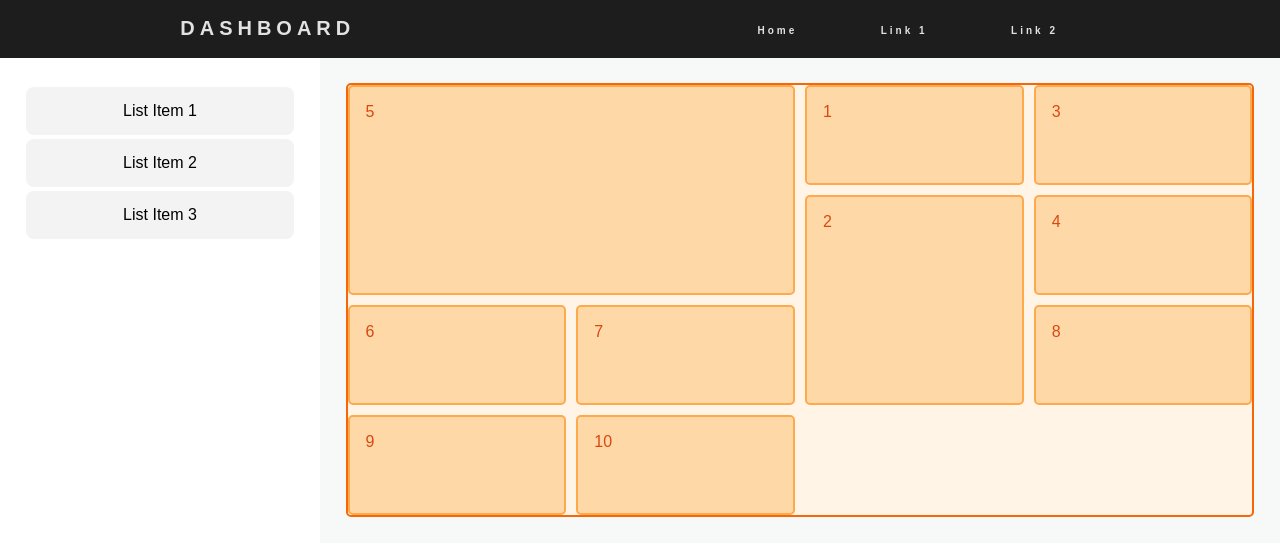
Repository: nourabdelhakam/drag-drop
Page: index.html
These files come from the project's save history. The page is drawn as it stood at one moment and after the next save; the edit follows.
The browser window is 1280 px wide. The pictures show the whole page.

Above is the page before, as saved 2020-07-03 11:13:58.

### index.html
<!DOCTYPE html>
<html lang="en">
<head>
    <meta charset="UTF-8">
    <meta name="viewport" content="width=device-width, initial-scale=1.0">
    <meta http-equiv="X-UA-Compatible" content="ie=edge">
    <title>Drag & Drop</title>
    <link rel="stylesheet" href="nav/nav.css">
    <link rel="stylesheet" href="css/main.css">
</head>
<body>

    <!-- <nav> -->
        <nav>
            <div class="logo">
                <h4>Dashboard</h4>
            </div>
            <ul class="nav-links">
                <li><a href="">Home</a></li>
                <li><a href="">Link 1</a></li>
                <li><a href="">Link 2</a></li>
            </ul>
            <div class="burger">
                <div class="line1"></div>
                <div class="line2"></div>
                <div class="line3"></div>
            </div>
        </nav>
      <!-- </nav> end of nav -->

      <section>
                <div class="left">
                    <div class="list">
                        <div class="list-item" draggable="true">List Item 1</div>
                        <div class="list-item" draggable="true">List Item 2</div>
                        <div class="list-item" draggable="true">List Item 3</div>
                    </div>
                  </div>
                  <div class="right">
                      <div class="wrapper">
                        <div class="list">1</div>
                        <div class="list">2</div>
                        <div class="list">3</div>
                        <div class="list">4</div>
                        <div class="list">5</div>
                        <div class="list">6</div>
                        <div class="list">7</div>
                        <div class="list">8</div>
                        <div class="list">9</div>
                        <div class="list">10</div>
                      </div>
                  </div>
      </section>

    <script src="main.js" type="text/javascript"></script>
    <script src="nav/nav.js" type="text/javascript"></script>
</body>
</html>

### nav/nav.css
nav {
    display: flex;
    justify-content: space-around;
    align-items: center;
    min-height: 8vh;
    background-color: #1D1D1D;
    font-family: "Poppins", sans-serif;
}
.logo {
    color: rgb(226, 226, 226);
    text-transform: uppercase;
    letter-spacing: 5px;
    font-size: 20px;
}
.nav-links {
    display: flex;
    justify-content: space-around;
    width: 30%;
}
.nav-links li {
    list-style: none;
}
.nav-links a {
    color: rgb(226, 226, 226);
    text-decoration: none;
    letter-spacing: 3px;
    font-weight: bold;
    font-size: 10px;
}
.burger {
    display: none;
    cursor: pointer;
}
.burger div {
    width: 25px;
    height: 3px;
    background-color: rgb(226, 226, 226);
    margin: 5px;
    transition: all 0.3s ease;
}


@media screen and (max-width:1024px) {
    .nav-links {
        width: 60%;
    }
}

@media screen and (max-width:768px) {

    body {
        overflow-x: hidden;
    }
    .nav-links {
        position: absolute;
        right: 0px;
        height: 92vh;
        top: 8vh;
        background-color: #1D1D1D;
        display: flex;
        flex-direction: column;
        align-items: center;
        width: 50%;
        transform: translatex(100%);
        transition: transform 0.5s ease-in;
    }
    .nav-links li {
        opacity: 0;
    }
    .burger {
        display: block;
    }
}

.nav-active {
    transform: translatex(0%);
}

@keyframes navLinkFade {
    from {
        opacity: 0;
        transform: translatex(50%);
    }
    to {
        opacity: 1;
        transform: translatex(0%);
    }
}

.toggle .line1 {
    transform: rotate(-45deg) translate(-5px, 6px);
}
.toggle .line2 {
    opacity: 0;
}
.toggle .line3 {
    transform: rotate(45deg) translate(-5px, -6px);
}

.landing {
    height: 90vh;
    display: flex;
    justify-content: center;
    align-items: center;
}
.landing h1 {
    margin: 100px;
    font-size: 50px;
    color: #ae5fce;
}

### css/main.css
* {
    margin: 0;
    padding: 0;
    box-sizing: border-box;
}
body {
    font-family: Arial, Helvetica, sans-serif;
}
.left {
    width: 25%;
    height: 100%;
    float: left;
    padding: 2%;
}
.right {
    width: 75%;
    height: 100%;
    float: left;
    padding: 2%;
    background-color: #F7F8F8;
}
/* .list {
    width: 100%;
    min-width: 250px;
    max-width: 350px;
    height: 100%;
    min-height: 150px;

    margin: 0 15px;
    padding: 8px;
    transition: all 0.2s linear;
} */
.list-item {
    background-color: #F3F3F3;
    border-radius: 8px;
    padding: 15px 20px;
    text-align: center;
    margin: 4px 0;
}
/*

.lists .list {
    display: flex;
    flex-flow: column;
    flex: 1;

    width: 100%;
    min-width: 250px;
    max-width: 350px;
    height: 100%;
    min-height: 150px;

    background-color: rgba(0, 0, 0, 0.1);
    margin: 0 15px;
    padding: 8px;
    transition: all 0.2s linear;
}
 */

.wrapper {
    border: 2px solid #f76707;
    border-radius: 5px;
    background-color: #fff4e6;
}

.wrapper > div {
    border: 2px solid #ffa94d;
    border-radius: 5px;
    background-color: #ffd8a8;
    padding: 1em;
    color: #d9480f;
}
.wrapper {
  display: grid;
  grid-template-columns: repeat(4, 1fr);
  grid-auto-rows: 100px;
  grid-gap: 10px;
}
 .wrapper div:nth-child(2) {
   grid-column: 3;
   grid-row: 2 / 4;
}
 .wrapper div:nth-child(5) {
   grid-column: 1 / 3;
   grid-row: 1 / 3;
}

### main.js
const list_items = document.querySelectorAll('.list-item');
const lists = document.querySelectorAll('.list');

let draggedItem = null;

for (let i = 0; i < list_items.length; i++) {
	const item = list_items[i];

	item.addEventListener('dragstart', function () {
		draggedItem = item;
		setTimeout(function () {
			item.style.display = 'none';
		}, 0)
	});

	item.addEventListener('dragend', function () {
		setTimeout(function () {
			draggedItem.style.display = 'block';
			draggedItem = null;
		}, 0);
	})

	for (let j = 0; j < lists.length; j ++) {
		const list = lists[j];

		list.addEventListener('dragover', function (e) {
			e.preventDefault();
		});

		list.addEventListener('dragenter', function (e) {
			e.preventDefault();
			this.style.backgroundColor = 'rgba(0, 0, 0, 0.2)';
		});

		list.addEventListener('dragleave', function (e) {
			this.style.backgroundColor = 'rgba(0, 0, 0, 0.1)';
		});

		list.addEventListener('drop', function (e) {
			console.log('drop');
			this.append(draggedItem);
			this.style.backgroundColor = 'rgba(0, 0, 0, 0.1)';
		});
	}
}

### nav/nav.js
const navSlide = () => {
    const burger = document.querySelector('.burger');
    const nav = document.querySelector('.nav-links');
    const navLinks = document.querySelectorAll('.nav-links li');


    burger.addEventListener('click', () => {

        //Toggle Nav
        nav.classList.toggle('nav-active');

        //Animate Links
        navLinks.forEach((link, index) => {

            if (link.style.animation) {
                link.style.animation = '';
            } else {
                link.style.animation = `navLinkFade 0.5s ease forwards ${index / 7 + 0.3}s`;
            }

        });

        //Burger Animation
        burger.classList.toggle('toggle');
    });

}

navSlide();

After the next save:
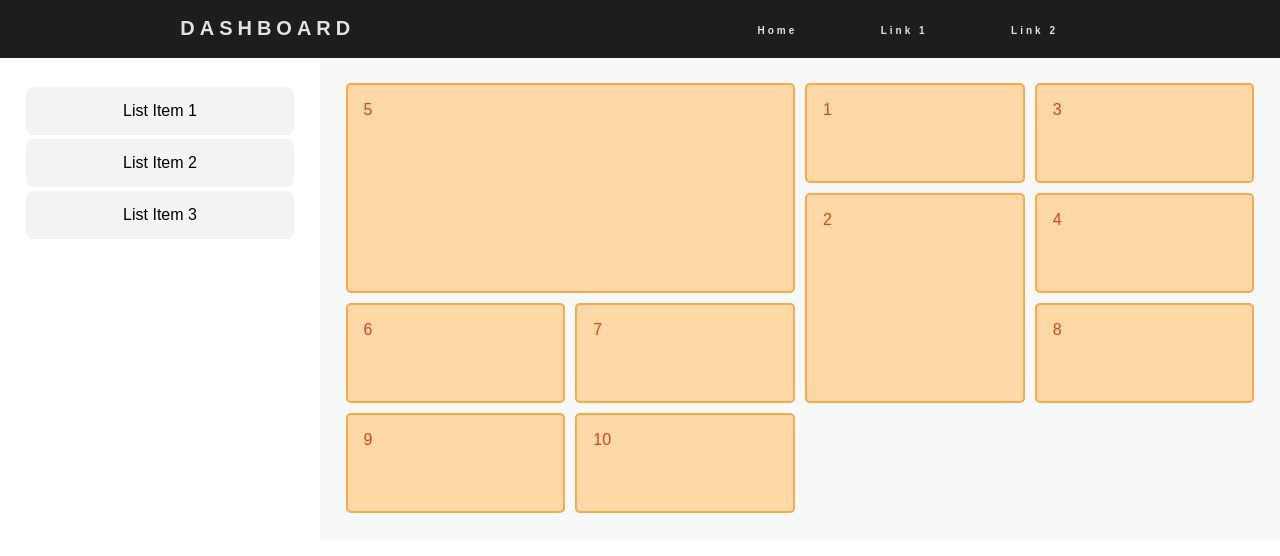
Saved 23 s later.
--- a/css/main.css
+++ b/css/main.css
@@ -57,11 +57,7 @@ body {
 }
  */
 
-.wrapper {
-    border: 2px solid #f76707;
-    border-radius: 5px;
-    background-color: #fff4e6;
-}
+
 
 .wrapper > div {
     border: 2px solid #ffa94d;
